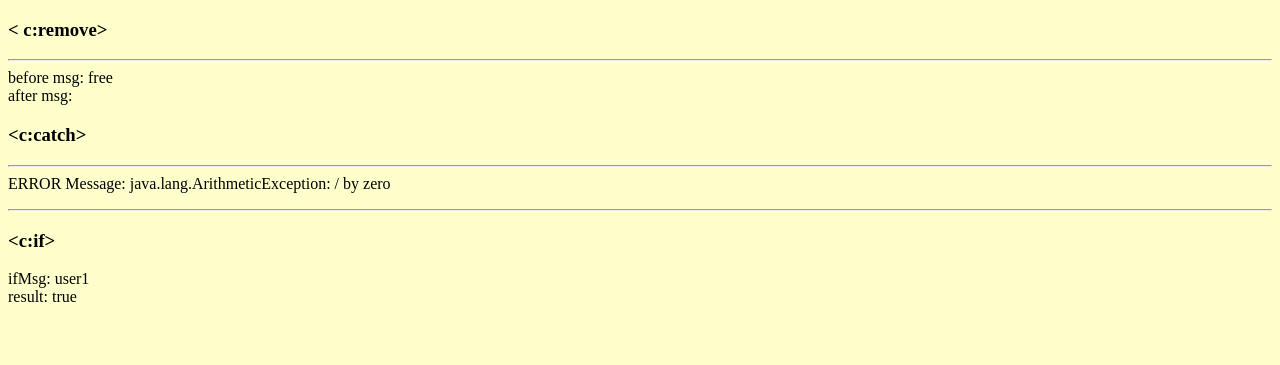
Repository: topblame/Bootcamp
Page: http://localhost/JSP_250408/chapter05/01_jstlExam.jsp
The author's editor kept a copy of each file at every save. The page is drawn from the files as they stood at one save, then again after the next save.
The browser window is 1280 px wide. The pictures show the whole page.
The page is served by Tomcat 9. Other server files are loaded and not shown.

Above is the page before, as saved 2025-06-27 02:43:42.

### WebMvc/JSP_250408/src/main/webapp/chapter05/01_jstlExam.jsp
<%@ page language="java" contentType="text/html; charset=UTF-8" pageEncoding="UTF-8"%>
<%@ taglib prefix = "c" uri = "http://java.sun.com/jsp/jstl/core" %>
<!DOCTYPE html PUBLIC "-//W3C//DTD HTML 4.01 Transitional//EN" "http://www.w3.org/TR/html4/loose.dtd">
<html>
<head>
<meta http-equiv="Content-Type" content="text/html; charset=UTF-8">
<title>JSTL</title> <!-- java-server standard tag lib -->
</head>
<body bgcolor = "#ffffcc">
<h3>&lt; c:remove&gt;</h3>
<hr />
<!-- java code: var msg = "free" -->
<c:set var ="msg" value = "free"/>
before msg: ${msg }
<br />
<c:remove var = "msg"/>
after msg: ${msg }
<p></p>

<!-- c:catch java code: try catch  -->
<h3>&lt;c:catch&gt;</h3>
<hr />
<c:catch var ="errMsg">
<%= 9/0 %>
</c:catch>
ERROR Message: ${errMsg}
<p></p>
<hr />


<h3>&lt;c:if&gt;</h3>
<c:set var="ifMsg" value = "user1"/>
ifMsg: ${ifMsg }
<br />

<!-- c:if => java code: if(ifMsg="user1") -->
<c:if test ="${ifMsg == 'user1' }" var = "result">
result: ${result }
</c:if>


</body>
</html>
<!--JSTL(JavaServer Pages Standard Tag Library): JSP에서 자주 사용되는 자바 코드를 태그방식으로 지원 -->

After the next save:
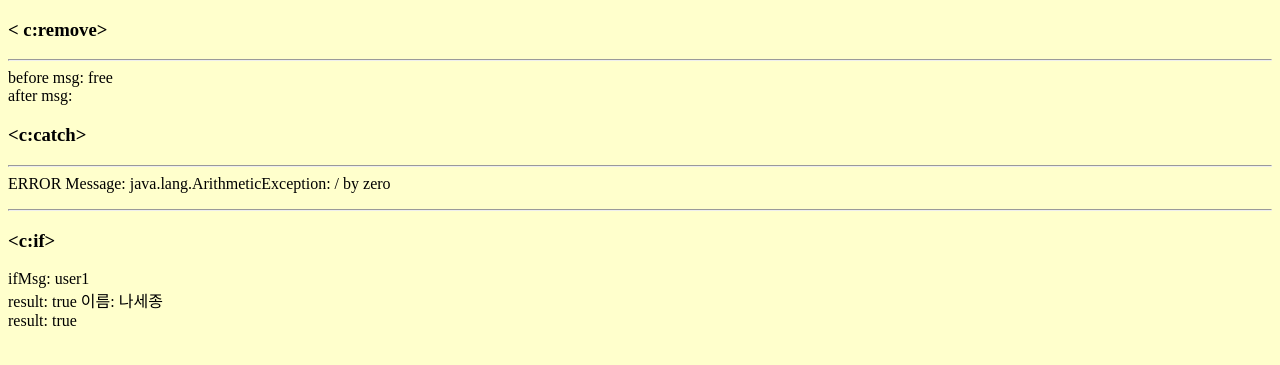
Saved 30 s later.
--- a/WebMvc/JSP_250408/src/main/webapp/chapter05/01_jstlExam.jsp
+++ b/WebMvc/JSP_250408/src/main/webapp/chapter05/01_jstlExam.jsp
@@ -39,6 +39,16 @@ result: ${result }
 </c:if>
 
 
+<c:set var="name" value = "나세종"/>
+이름: ${name }
+<br />
+
+<!-- c:if => java code: if(ifMsg="user1") -->
+<c:if test ="${ifMsg == 'user1' }" var = "result">
+result: ${result }
+</c:if>
+
+
 </body>
 </html>
 <!--JSTL(JavaServer Pages Standard Tag Library): JSP에서 자주 사용되는 자바 코드를 태그방식으로 지원 -->
